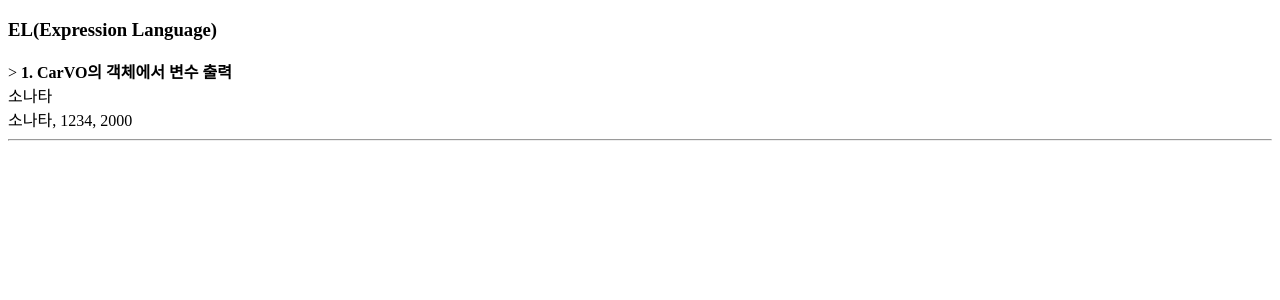
Repository: novemberjj/jsp
Page: http://localhost/jstl_study/step1.jsp
An editor plug-in stored every save of this project. The page is shown before and after the next save, followed by the edit.
The browser window is 1280 px wide. The pictures show the whole page.
The page is served by Tomcat 9.

Above is the page before, as saved 2023-05-09 05:44:48.

After the next save:
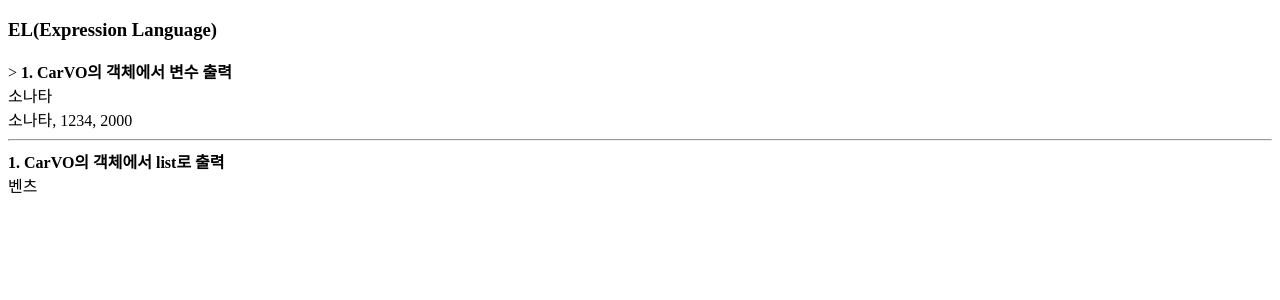
Saved 6 min 50 s later.
--- a/jstl_project/jstl_study/src/main/webapp/step1.jsp
+++ b/jstl_project/jstl_study/src/main/webapp/step1.jsp
@@ -1,3 +1,4 @@
+<%@page import="java.util.ArrayList"%>
 <%@ page import="model.CarVO" %>
 <%@ page language="java" contentType="text/html; charset=UTF-8"
     pageEncoding="UTF-8"%>
@@ -26,6 +27,13 @@
 	${cvo.name}, ${cvo.num }, ${cvo.price }<br>
 
 	<hr>
-
+	<!-- 리스트로 변수 출력 -->
+	<%
+		ArrayList<CarVO> list = new ArrayList<>();
+		list.add(new CarVO("4567","벤츠",5000));
+		session.setAttribute("carList", list);
+	%>
+	<strong>1. CarVO의 객체에서 list로 출력</strong><br>
+	${sessionScope.carList[0].getName()}<br>
 </body>
 </html>
